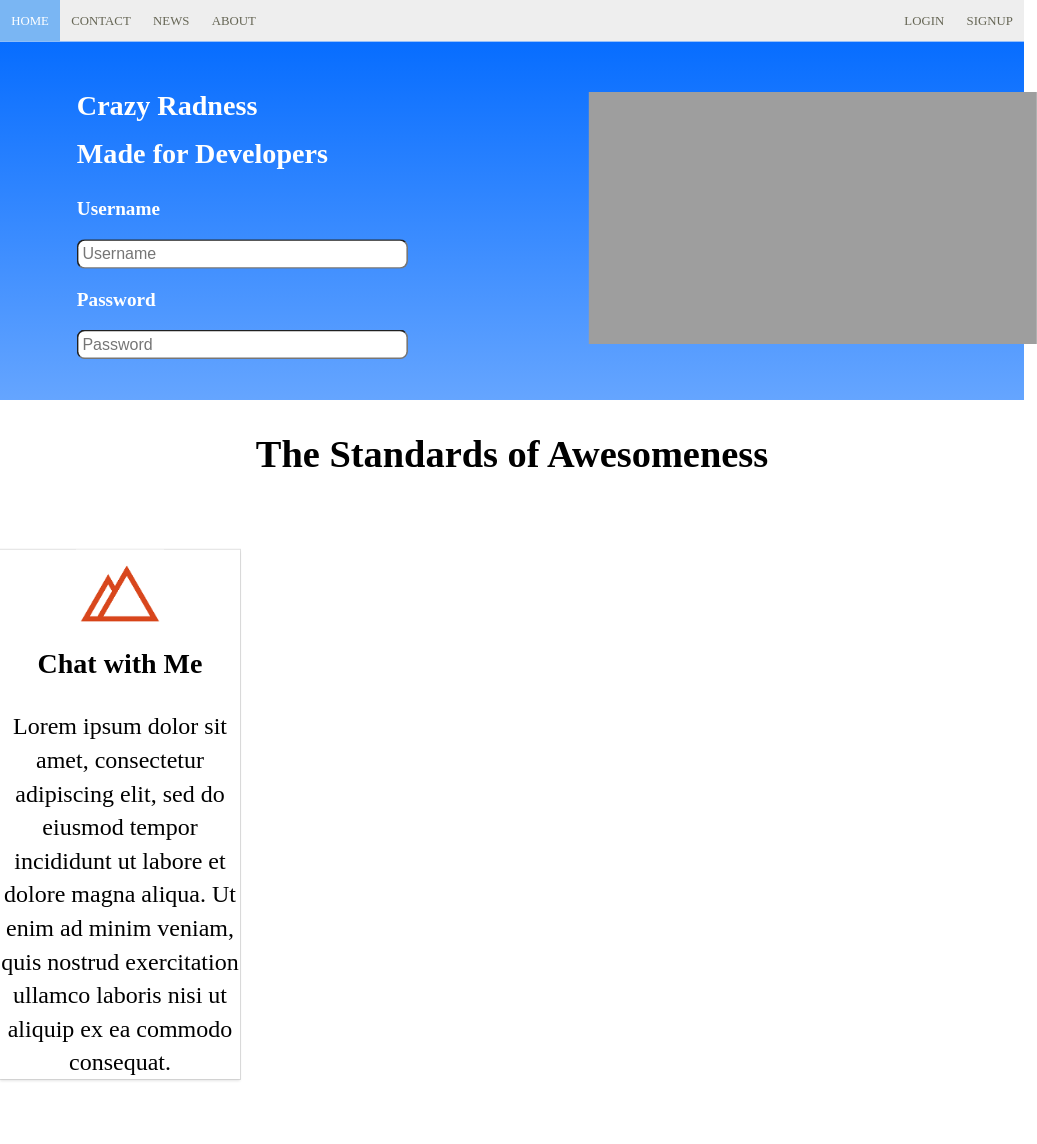
Repository: jesar-enl/My-CSS-Website
Page: index.html
An editor plug-in stored every save of this project. The page is shown before and after the next save, followed by the edit.
The browser window is 1280 px wide. The page is 1296 px wide, so the pictures cover 1296 px, including what lies to the right of the window. The pictures show the whole page, at 80% of full size.
Pictures or frames that could not be fetched are drawn as grey boxes.

Above is the page before, as saved 2022-07-27 12:58:07.

### index.html
<!DOCTYPE html>
<html lang="en">
  <head>
    <meta charset="UTF-8" />
    <meta http-equiv="X-UA-Compatible" content="IE=edge" />
    <meta name="viewport" content="width=device-width, initial-scale=1.0" />
    <title>My CSS website</title>
    <link rel="stylesheet" href="style.css" />
  </head>
  <body>
    <nav>
      <ul class="topnav" id="dropdownClick">
        <li><a href="#home">Home</a></li>
        <li><a href="#contact">Contact</a></li>
        <li><a href="#news">News</a></li>
        <li><a href="#about">About</a></li>
        <li class="topnav-right"><a href="#signup">SignUp</a></li>
        <li class="topnav-right"><a href="#login">LogIn</a></li>

        <!--
          This unicode is called 'Trigram for Heaven'.
          It can be used to hide the menu when we shrink the screen to a mobile sized.

          Thousands of unicode characters can be accessed from the unicode table 'https://unicode-table.com/en/'
        -->

        <li class="dropdown">
          <!--
            Having the href like this is to inform the browser
            that perform this link as a javascript command,
            heading to nowhere. Stay around this page.
          -->

          <a href="javascript:void(0);" onclick="handleClick()">&#9776;</a>
        </li>
      </ul>
    </nav>

    <div class="container" id="section-1-gradient">
      <div class="row">
        <div class="col-6">
          <div class="leftSideCol">
            <h1 class="large">Crazy Radness</h1>
            <h1 class="large">Made for Developers</h1>
          </div>
          <form action="">
            <div class="leftSideCol">
              <h2>Username</h2>
              <input
                type="text"
                class="inputbox"
                placeholder="Username"
                name="username"
              />
              <h2>Password</h2>
              <input type="password" name="password" placeholder="Password" />
            </div>
          </form>
        </div>
        <div class="col-6">
          <div class="rightSideCol videoContainer">
            <iframe
              width="560"
              height="315"
              src="https://www.youtube.com/embed/ZxKM3DCV2kE"
              title="YouTube video player"
              frameborder="0"
              allow="accelerometer; autoplay; clipboard-write; encrypted-media; gyroscope; picture-in-picture"
              allowfullscreen
            ></iframe>
          </div>
        </div>
      </div>
    </div>

    <header>
      <h1 class="section-2-header">The Standards of Awesomeness</h1>
    </header>

    <div class="container">
      <div class="row">
        <div class="col-4">
          <div class="box">
            <div class="icon">
              <img class="dev" src="devslopes.png" alt="dev icon" />
            </div>
            <label for="">Chat with Me</label>
            <p>
              Lorem ipsum dolor sit amet, consectetur adipiscing elit, sed do
              eiusmod tempor incididunt ut labore et dolore magna aliqua. Ut
              enim ad minim veniam, quis nostrud exercitation ullamco laboris
              nisi ut aliquip ex ea commodo consequat.
            </p>
          </div>
        </div>
      </div>
    </div>
    <script src="index.js"></script>
  </body>
</html>

### style.css
/* ########## Defaults ########### */

nav,
header,
footer {
  display: block;
}

body {
  line-height: 1.5;
  margin: 0;
}

label {
  font-size: 35px;
  font-weight: 800;
}

p {
  font-size: 30px;
  line-height: 1.4;
}

.container {
  width: 100%;
  margin: auto;
  padding-top: 4%;
  padding-bottom: 4%;
}

.row {
  width: 100%;
  display: flex;
  flex-wrap: wrap;
  align-items: center;
}

.row::after {
  display: table;
  clear: both;
  content: '';
}

.col-1 {
  width: 8.33%;
}
.col-2 {
  width: 16.66%;
}
.col-3 {
  width: 25%;
}
.col-4 {
  width: 33.33%;
}
.col-5 {
  width: 41.66%;
}
.col-6 {
  width: 50%;
}
.col-7 {
  width: 58.33%;
}
.col-8 {
  width: 66.66%;
}
.col-9 {
  width: 75%;
}
.col-10 {
  width: 83.33%;
}
.col-11 {
  width: 91.66%;
}
.col-12 {
  width: 100%;
}

/* ######### Navigation Bar ######## */

nav {
  width: 100%;
  margin: 0;
}

nav ul {
  background-color: #eee;
  overflow: hidden;
  margin: 0;
  padding: 0;
}
/* the list-style removes the bullet points from the list items */
ul.topnav li {
  list-style: none;
  float: left;
}

ul.topnav li.topnav-right {
  float: right;
}

ul.topnav li a {
  display: block;
  text-decoration: none;
  min-height: 1.5rem;
  text-align: center;
  padding: 14px;
  text-transform: uppercase;
  color: #665;
}

ul.topnav li a:hover {
  background-color: #7ab6f3;
  color: #fff;
}

.dropdown {
  display: none;
}

/* #################### Custom styles ################## */

#section-1-gradient {
  background: #076dff;
  background: -webkit-gradient(#076dff, #65a5ff);
  background: -o-linear-gradient(#076dff, #65a5ff);
  background: -moz-linear-gradient(#076dff, #65a5ff);
  background: linear-gradient(#076dff, #65a5ff);
}

.box {
  text-align: center;
  width: 300px;
  background-color: #fff;
  /*
    The "box-shadow" syntax is as follows:

    box-shadow: horizontal-length vertical-length blur-radius spread-radius rgba(r, g, b, opacity);
  */
  box-shadow: 0 0 0 1px rgba(0, 0, 0, 0.15), 0 2px 3px 0 rgba(0, 0, 0, 0.1);
}

.leftSideCol {
  margin-left: 15%;
}

.rightSideCol {
  margin-left: 15%;
}

.large {
  color: #fff;
  font-size: 2.2rem;
  margin: 0;
  line-height: 1.7;
}

.section-2-header {
  font-size: 3rem;
  text-align: center;
}

input[type='text'] {
  font-size: 20px;
  width: 400px;
  min-width: 100px;
  padding: 5px;
  border-radius: 10px;
}

form h2 {
  color: #fff;
}

input[type='password'] {
  font-size: 20px;
  width: 400px;
  padding: 5px;
  min-width: 100px;
  border-radius: 10px;
}

.icon {
  width: 100%;
}

.dev {
  width: 110px;
  height: 110px;
}

/* ############ Media Query ########### */

@media screen and (max-width: 680px) {
  /*
    This tells the browser to hide all the list
    elements of the nav bar except the first one.
  */

  ul.topnav li:not(:nth-child(1)) {
    display: none;
  }

  ul.topnav li.dropdown {
    display: block;
    float: right;
  }

  ul.topnav.responsive li.dropdown {
    position: absolute;
    top: 0;
    right: 0;
  }

  ul.topnav.responsive {
    position: relative;
  }

  /* Places the list items in a row manner. */
  ul.topnav.responsive li {
    display: inline;
    float: none;
  }

  ul.topnav.responsive li a {
    /* displays the items in a manner of stacking on top of each other. */
    display: block;
    text-align: left;
  }

  .col-6 {
    width: 100%;
    margin: 0;
  }

  .rightSideCol {
    margin-top: 5%;
  }

  .videoContainer iframe {
    position: relative;
    width: 100%;
    margin: 0;
    overflow: hidden;
  }

  leftSideCol,
  rightSideCol {
    margin: 15px;
  }

  input[type='text'] {
    width: 300px;
  }

  input[type='password'] {
    width: 300px;
  }
}

@media screen and (max-width: 890px) {
  /*
    This tells the browser to hide all the list
    elements of the nav bar except the first one.
  */

  ul.topnav li:not(:nth-child(1)) {
    display: none;
  }

  ul.topnav li.dropdown {
    display: block;
    float: right;
  }

  ul.topnav.responsive li.dropdown {
    position: absolute;
    top: 0;
    right: 0;
  }

  ul.topnav.responsive {
    position: relative;
  }

  /* Places the list items in a row manner. */
  ul.topnav.responsive li {
    display: inline;
    float: none;
  }

  ul.topnav.responsive li a {
    /* displays the items in a manner of stacking on top of each other. */
    display: block;
    text-align: left;
  }

  .col-6 {
    width: 100%;
    margin: 0;
  }

  .rightSideCol {
    margin-top: 5%;
    max-width: 300px;
  }

  .videoContainer iframe {
    position: relative;
    width: 100%;
  }
}

### index.js
function handleClick() {
  var list = document.getElementById('dropdownClick');
  if (list.className === 'topnav') {
    list.className += ' responsive';
    // change topnav to topnav.responsive
  } else {
    list.className = 'topnav';
  }
}

After the next save:
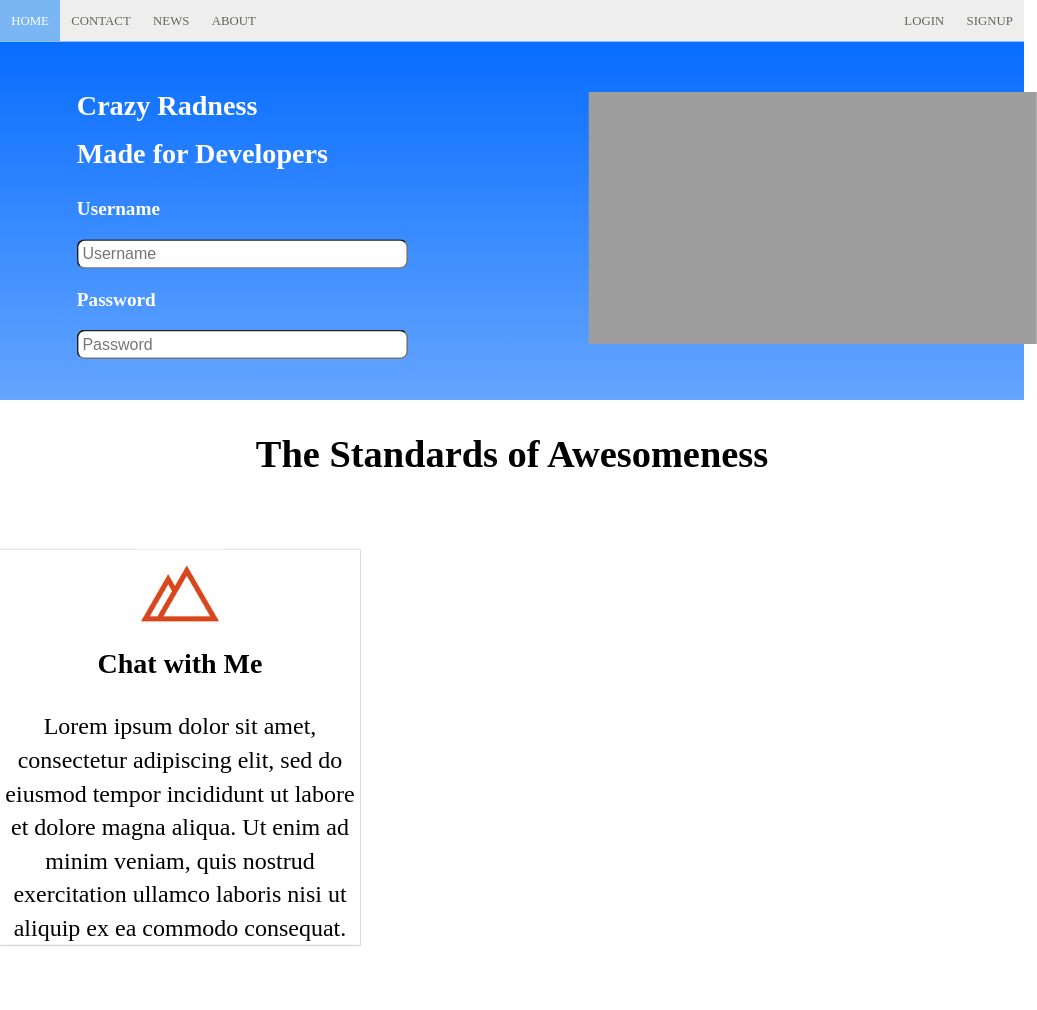
Saved 16 s later.
--- a/style.css
+++ b/style.css
@@ -132,7 +132,7 @@ ul.topnav li a:hover {
 
 .box {
   text-align: center;
-  width: 300px;
+  width: 450px;
   background-color: #fff;
   /*
     The "box-shadow" syntax is as follows:
